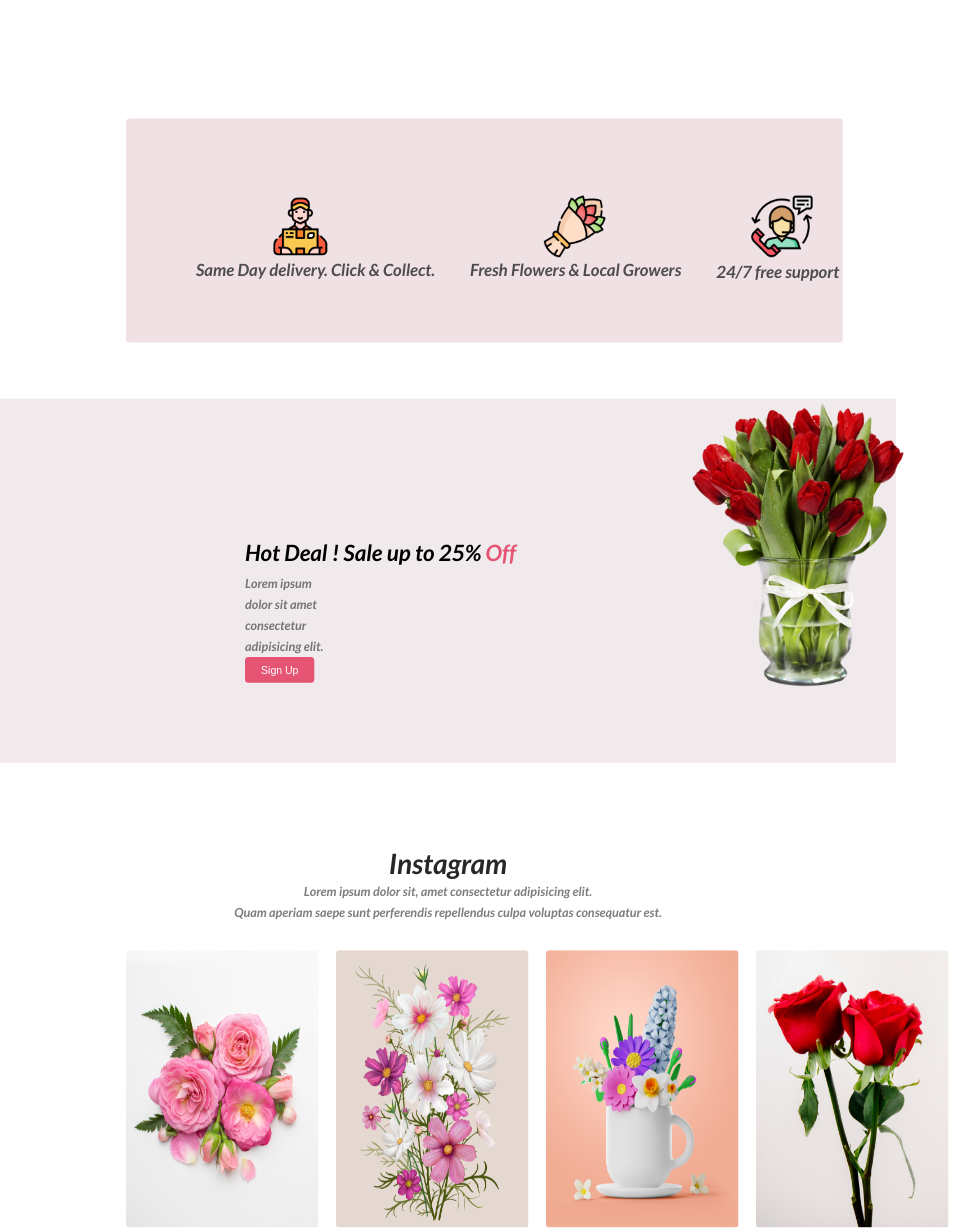
Repository: AnitaAkter/anita-flower-shop
Page: index.html
An editor plug-in stored every save of this project. The page is shown before and after the next save, followed by the edit.
The browser window is 1280 px wide. The page is 1393 px wide, so the pictures cover 1393 px, including what lies to the right of the window. The pictures show the part of the page from y = 1618 to 3378 px (the page is 3766 px tall), at 70% of full size.

Above is the page before, as saved 2023-09-06 20:23:37.

After the next save:
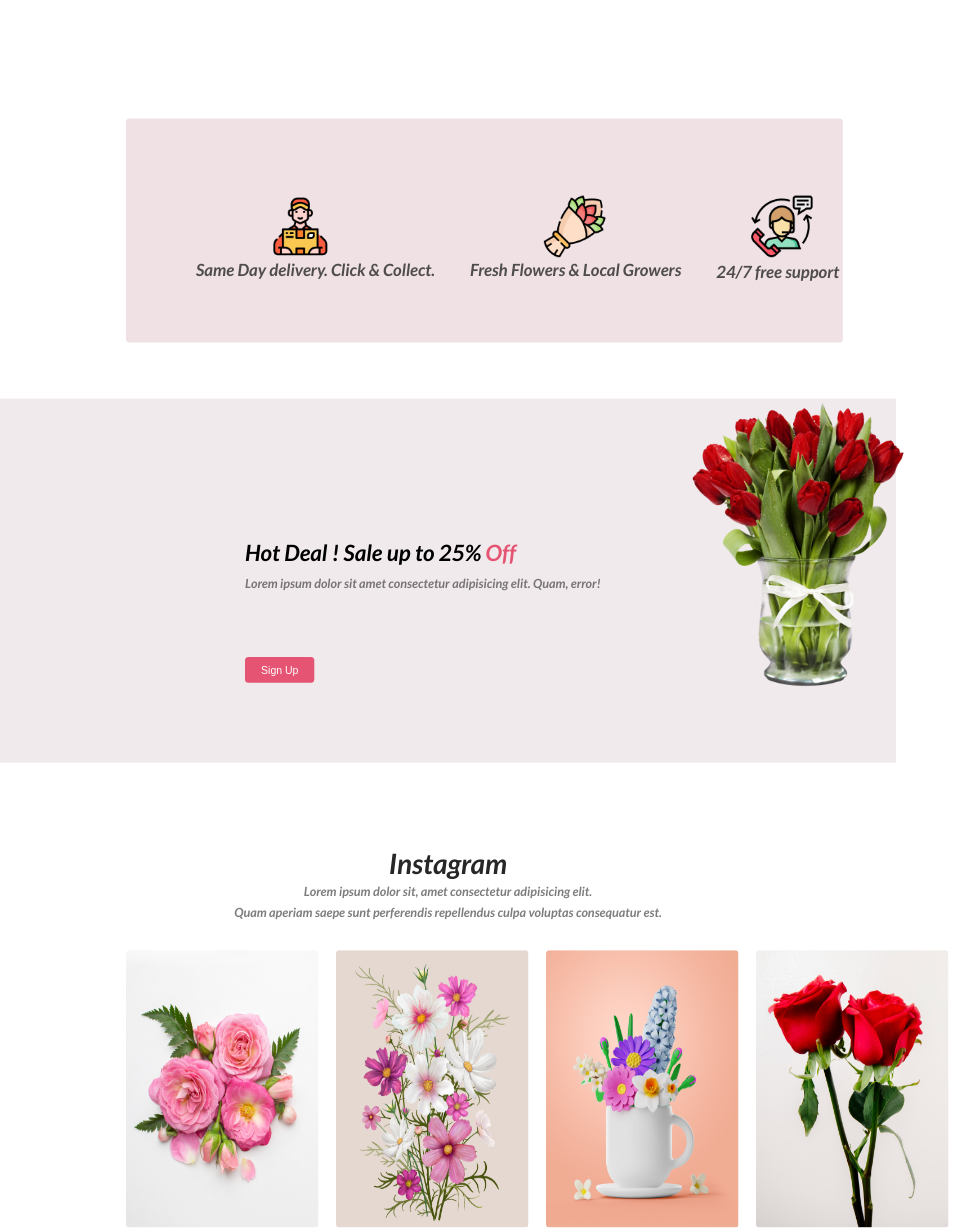
Saved 8 s later.
--- a/style.css
+++ b/style.css
@@ -243,7 +243,7 @@ header {
 
 .add-info p {
     margin-top: 10px;
-    padding-right: 500px;
+
 }
 
 .add-btn {
